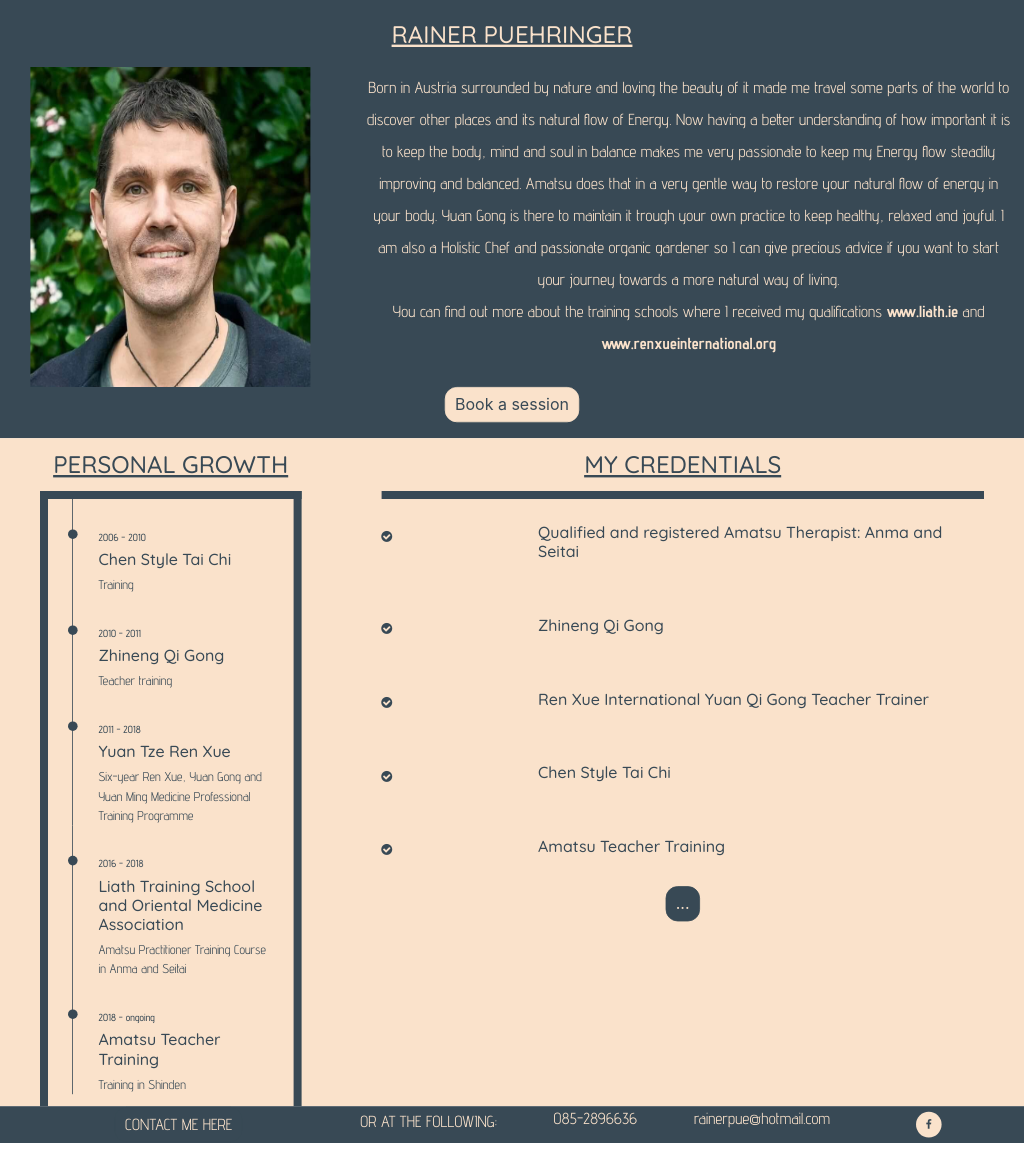
Repository: rainerpue/practitioner_website
Page: about.html
The author's editor kept a record of every edit. The page is drawn from the files as they stood at one moment, then again after the next edit.
The browser window is 1280 px wide. The pictures show the part of the page from y = 216 to 1665 px (the page is 1665 px tall before and 1653 px after), at 80% of full size.
Some web libraries are served in a nearby version.

Above is the page before.

After the next edit:
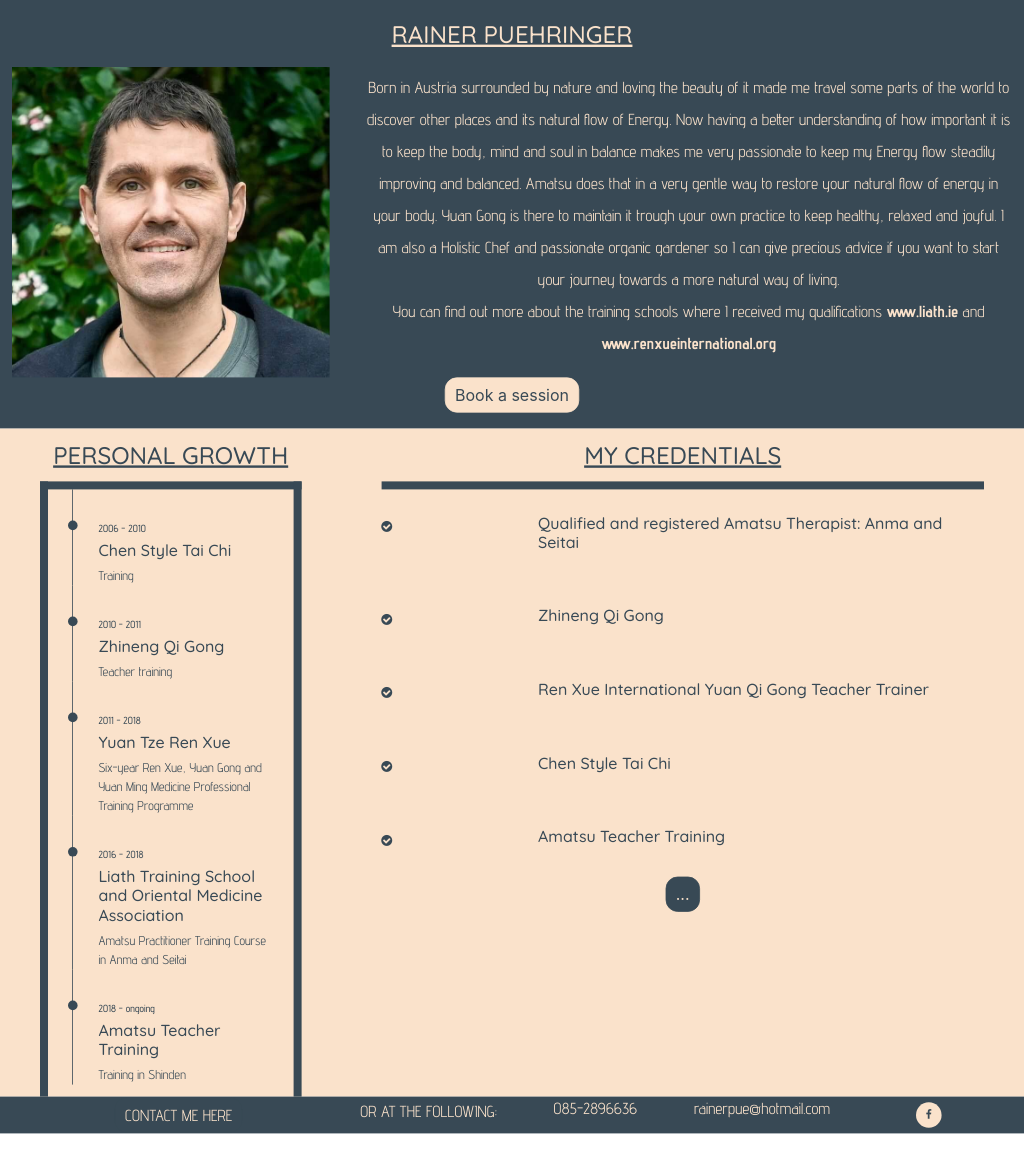
The edit:
--- a/about.html
+++ b/about.html
@@ -73,8 +73,8 @@
                 </div>
             </div>
             <div class="row about-details">
-                <div class="col-12 col-md-3 col-lg-4 text-center">
-                    <img class="about-sm-img" src="assets/images/Rainer.jpeg" width="350" height="400" alt="Rainer Puehringer">
+                <div class="col-12 col-md-4 col-lg-4 text-center">
+                    <img class="sm-img" src="assets/images/Rainer.jpeg" width="100%" height="auto" alt="Rainer Puehringer">
                 </div>
                 <div class="col-12 col-md-9 col-lg-8 about-content">
 
